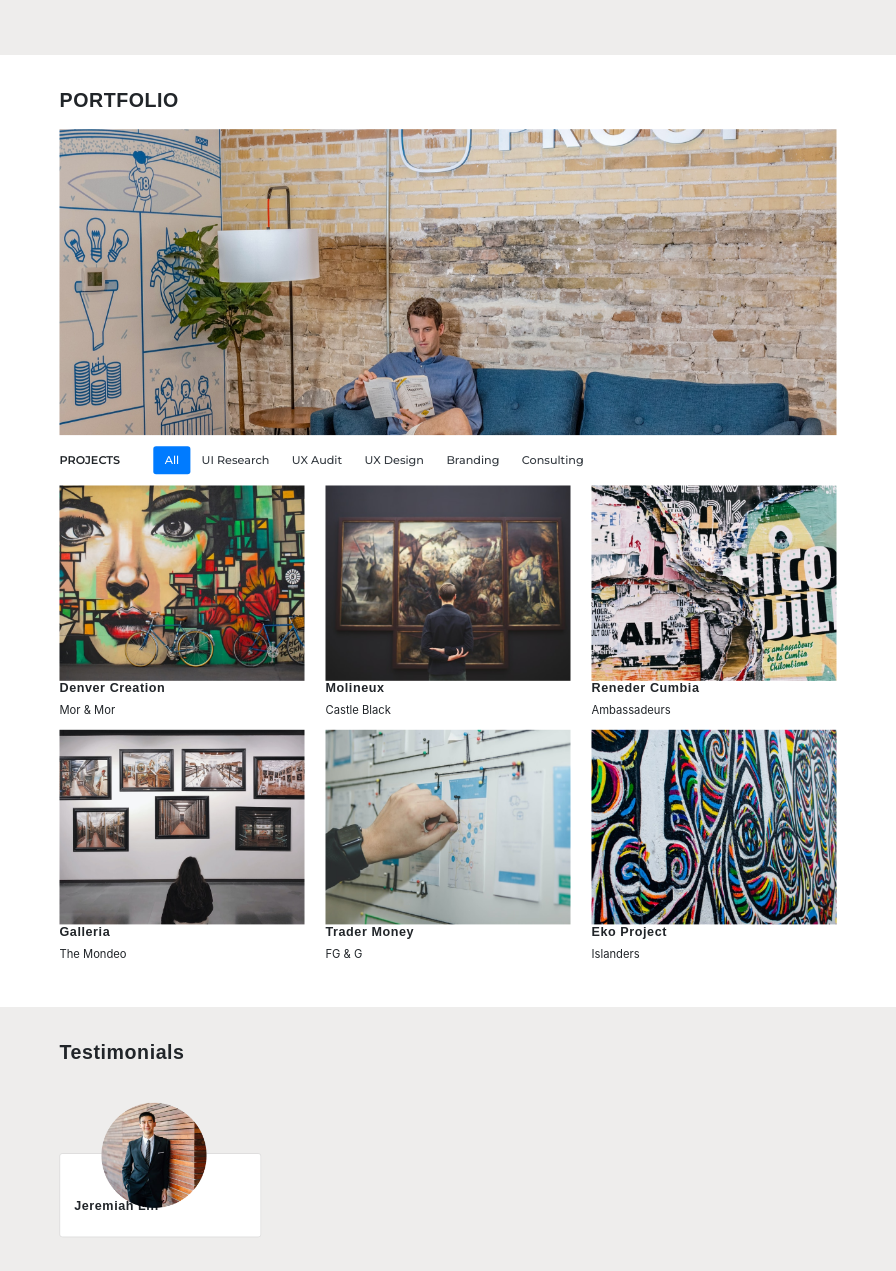
Repository: Syfon01/hng-port
Page: index.html
The author's editor kept a copy of each file at every save. The page is drawn from the files as they stood at one save, then again after the next save.
The browser window is 1280 px wide. The pictures show the part of the page from y = 1821 to 3741 px (the page is 3637 px tall before and 3741 px after), at 70% of full size.
Some web fonts or font styles are not loaded; a fallback is used.

Above is the page before, as saved 2020-06-28 19:31:26.

After the next save:
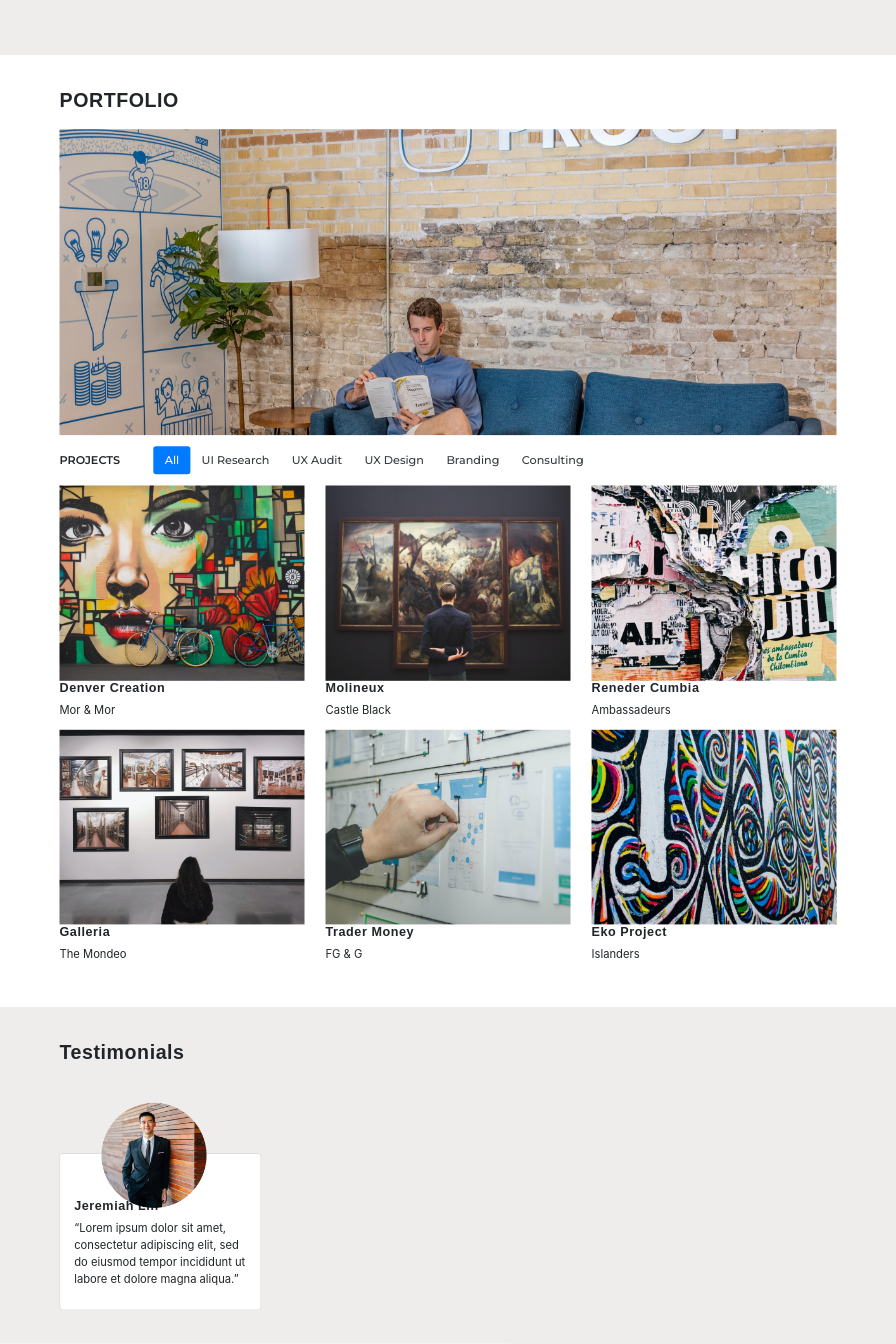
Saved 13 s later.
--- a/index.html
+++ b/index.html
@@ -404,7 +404,8 @@
                       Jeremiah Lin
                     </h5>
                     <p>
-
+                      “Lorem ipsum dolor sit amet, consectetur adipiscing elit, sed do eiusmod tempor incididunt ut labore et dolore magna
+                      aliqua.”
                     </p>
                   </div>
                 </div>
